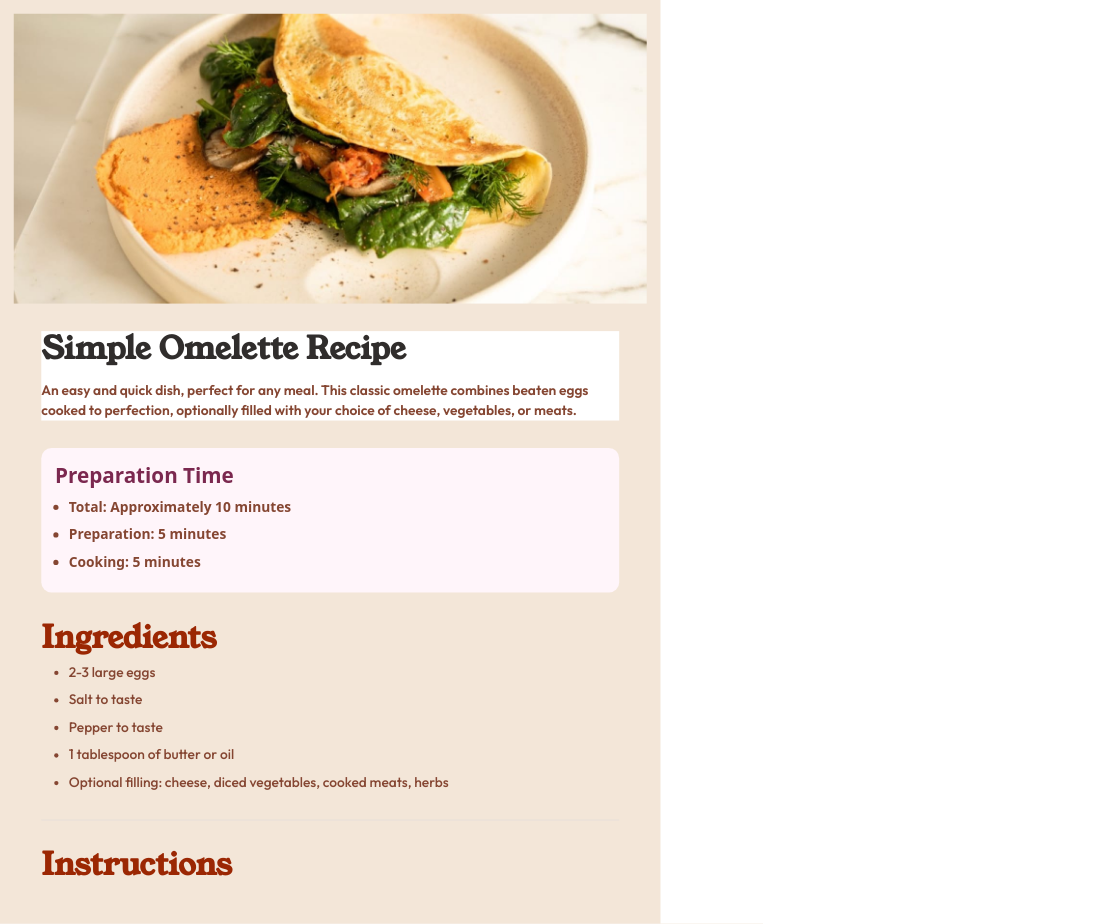
Repository: nivrii/recipe-page-main
Page: /
The author's editor kept a copy of each file at every save. The page is drawn from the files as they stood at one save, then again after the next save.
The browser window is 1280 px wide. The pictures show the whole page, at 86% of full size.
The project was rebuilt for these pictures with package versions that can differ from the ones it lists, and the page was loaded fresh each time. Also part of the build but not shown: vite.config.js, src/index.css.

Above is the page before, as saved 2024-03-23 15:48:34.

### src/App.jsx
import "./App.css";
import omelette from "./assets/images/image-omelette.jpeg";

function App() {
  return (
    <div className="container flex flex-col md:p-4 md:bg-eggshell w-screen min-h-max">
      <div>
        <img src={omelette} alt="omelette" className="w-screen md:w-auto" />
      </div>
      <div className="bg-white m-8">
        <h1 className="text-left text-darkCharcoal text-4xl font-bold font-young">
          Simple Omelette Recipe
        </h1>
        <p className="text-left font-outfit text-nutmeg mt-4 font-semibold">
          An easy and quick dish, perfect for any meal. This classic omelette
          combines beaten eggs cooked to perfection, optionally filled with your
          choice of cheese, vegetables, or meats.
        </p>
      </div>
      <div className="bg-roseWhite p-4 mx-8 rounded-xl">
        <h1 className="text-left text-darkRaspberry text-2xl font-bold">
          Preparation Time
        </h1>
        <ul className="list-disc px-4 text-nutmeg">
          <li className=" font-semibold my-2">
            <span className="font-extrabold">Total:</span> Approximately 10
            minutes
          </li>
          <li className=" font-semibold my-2">
            <span className="font-extrabold">Preparation:</span> 5 minutes
          </li>
          <li className=" font-semibold my-2">
            <span className="font-extrabold">Cooking:</span> 5 minutes
          </li>
        </ul>
      </div>
      <div className="divide-y divide-lightGrey mx-4">
        <div className="m-4">
          <h1 className="text-left text-nutmegLight text-4xl font-bold font-young mt-8">
            Ingredients
          </h1>
          <ul className="list-disc px-4 font-outfit mt-2 mb-8 mx-4 text-nutmeg font-medium space-y-2">
            <li>2-3 large eggs</li>
            <li>Salt to taste</li>
            <li>Pepper to taste</li>
            <li>1 tablespoon of butter or oil</li>
            <li>
              Optional filling: cheese, diced vegetables, cooked meats, herbs
            </li>
          </ul>
        </div>
        <div className="m-4">
          <h1 className="text-left text-nutmegLight text-4xl font-bold font-young mt-8">
            Instructions
          </h1>
          <ul className="px-4 font-outfit mt-2 mb-8 mx-4 text-nutmeg font-medium space-y-2">
            <li></li>
            <li></li>
            <li></li>
            <li></li>
            <li></li>
            <li></li>
            </ul>
        </div>
      </div>
    </div>
  );
}

export default App;

### src/App.css
@import url("https://fonts.googleapis.com/css2?family=Young+Serif&display=swap");

@import url("https://fonts.googleapis.com/css2?family=Outfit:wght@100..900&display=swap");

@import "tailwindcss/base";
@import "tailwindcss/components";
@import "tailwindcss/utilities";

### tailwind.config.js
/** @type {import('tailwindcss').Config} */
export default {
  content: ["./index.html", "./src/**/*.{js,ts,jsx,tsx}"],
  theme: {
    screens: {
      'sm': '375px',
      'md': '768px',
      'lg': '1440px',
      'xl': '1920px',
    },
    extend: {
      fontFamily: {
        outfit: ["Outfit", "sans-serif"],
        young: ["Young Serif", "serif"],
      },
      colors: {
        roseWhite: "hsl(330, 100%, 98%)",
        white: "hsl(0, 0%, 100%)",
        eggshell: "hsl(30, 54%, 90%)",
        lightGrey: "hsl(30, 18%, 87%)",
        wengeBrown: "hsl(30, 10%, 34%)",
        darkCharcoal: "hsl(24, 5%, 18%)",
        nutmeg: "hsl(14, 45%, 36%)",
        nutmegLight: "hsl(14, 96%, 31%)",
        darkRaspberry: "hsl(332, 51%, 32%)",
      },
    },
  },
  plugins: [],
};

Loaded but not shown: index.html (common file); src/main.jsx (common file)

After the next save:
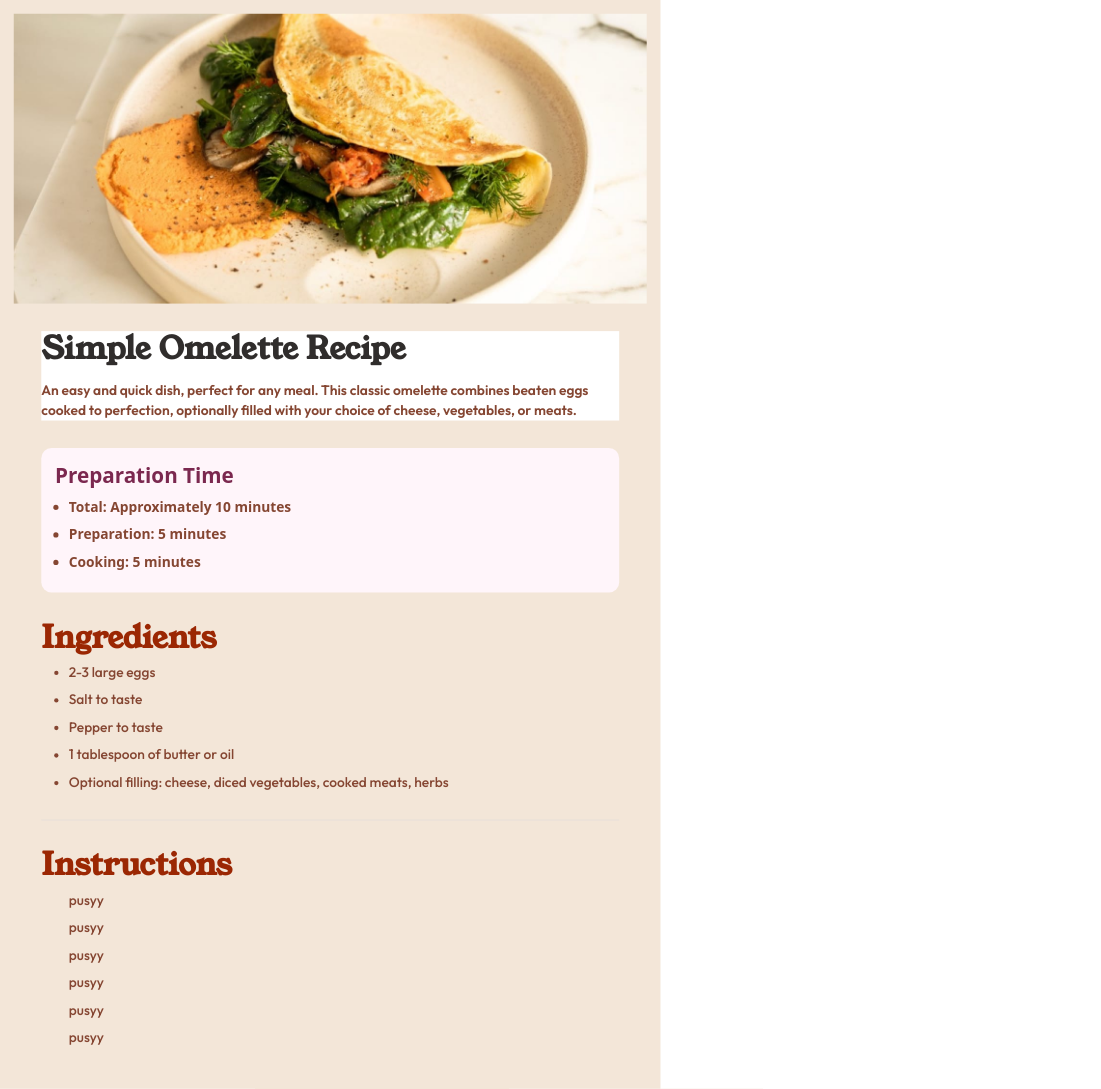
Saved 14 s later.
--- a/src/App.jsx
+++ b/src/App.jsx
@@ -54,12 +54,12 @@ function App() {
             Instructions
           </h1>
           <ul className="px-4 font-outfit mt-2 mb-8 mx-4 text-nutmeg font-medium space-y-2">
-            <li></li>
-            <li></li>
-            <li></li>
-            <li></li>
-            <li></li>
-            <li></li>
+            <li>pusyy</li>
+            <li>pusyy</li>
+            <li>pusyy</li>
+            <li>pusyy</li>
+            <li>pusyy</li>
+            <li>pusyy</li>
             </ul>
         </div>
       </div>
